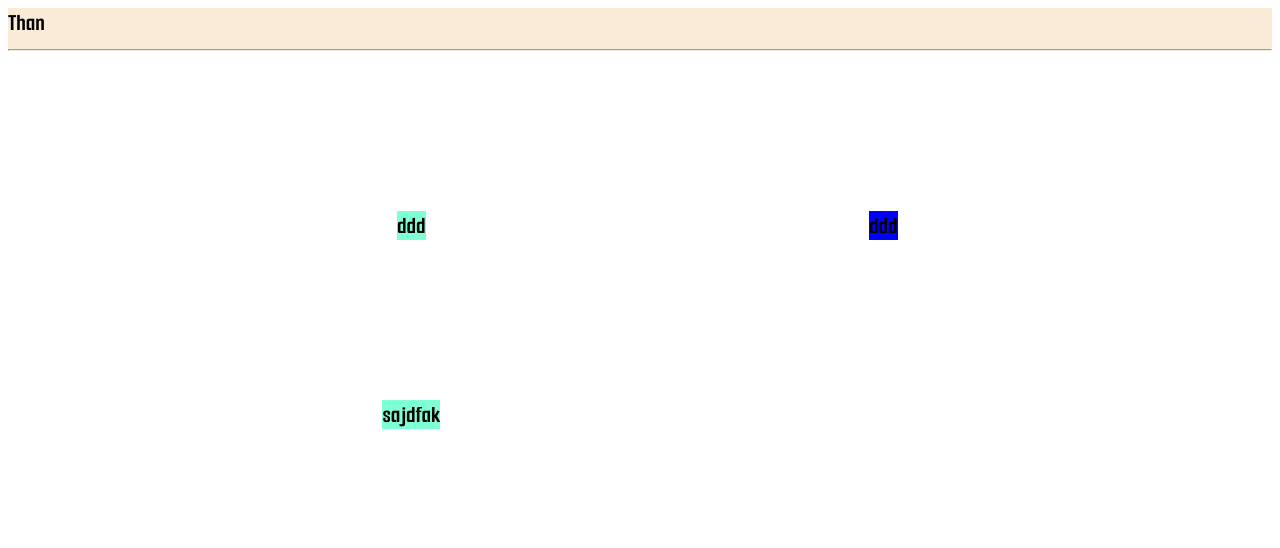
Repository: Than-dot/Than-dot
Page: index.html
These files come from the project's save history. The page is drawn as it stood at one moment and after the next save; the edit follows.
The browser window is 1280 px wide. The pictures show the whole page.

Above is the page before, as saved 2026-04-22 12:31:55.

### index.html
<!doctype html>
<html lang="en">
  <head>
    <meta charset="UTF-8" />
    <meta name="viewport" content="width=device-width, initial-scale=1.0" />
    <title>Than</title>
    <link rel="stylesheet" href="styles/global.css" />
    <link rel="stylesheet" href="styles/index.css" />
  </head>

  <body>
    <header>
      <nav>Than</nav>
      <hr />
    </header>
    <main class="container">
      <article>ddd</article>
      <aside>ddd</aside>
      <article class="stats">sajdfak</article>
    </main>
  </body>
</html>

### styles/global.css
@font-face {
  font-family: Smooch-Sans;
  src: url(/assets/font/Roboto,Smooch_Sans/Smooch_Sans/SmoochSans-VariableFont_wght.ttf);
}

body {
  font-family: Smooch-Sans, sans-serif;
  font-weight: bold;
  font-size: 1.5rem;
}

### styles/index.css
.container {
  margin: 10rem;
  display: grid;
  grid-template-columns: auto auto;
}

header {
  background-color: antiquewhite;
}

article {
  background-color: aquamarine;
  margin: auto;
}

aside {
  background-color: blue;
  margin: auto;
}

.stats {
  margin-top: 10rem;
}

After the next save:
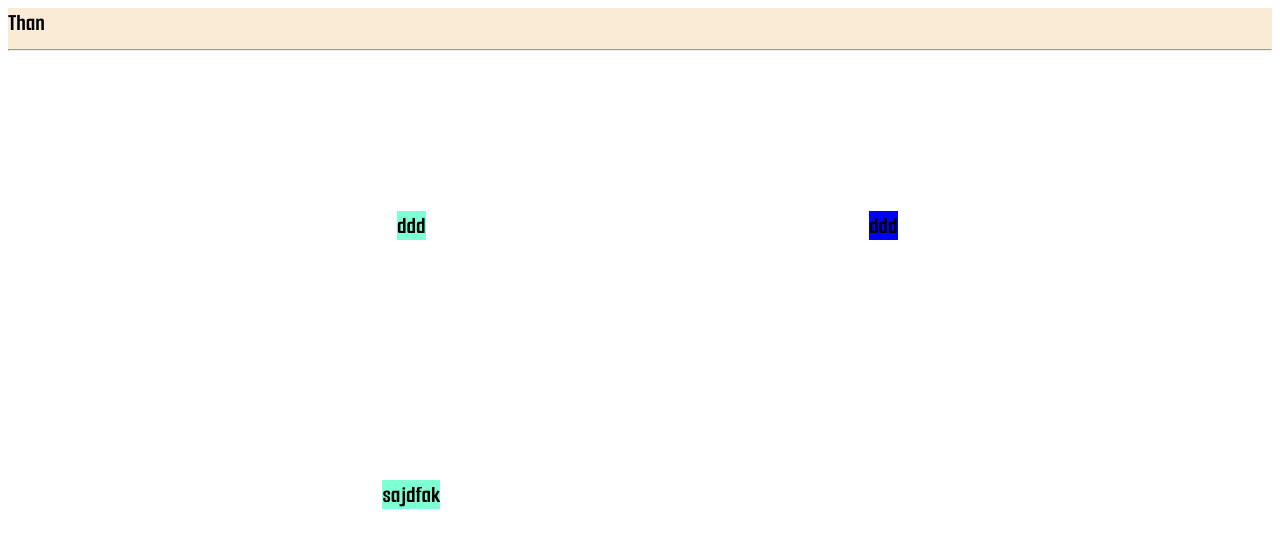
Saved 7 s later.
--- a/styles/index.css
+++ b/styles/index.css
@@ -19,5 +19,5 @@ aside {
 }
 
 .stats {
-  margin-top: 10rem;
+  margin-top: 15rem;
 }
